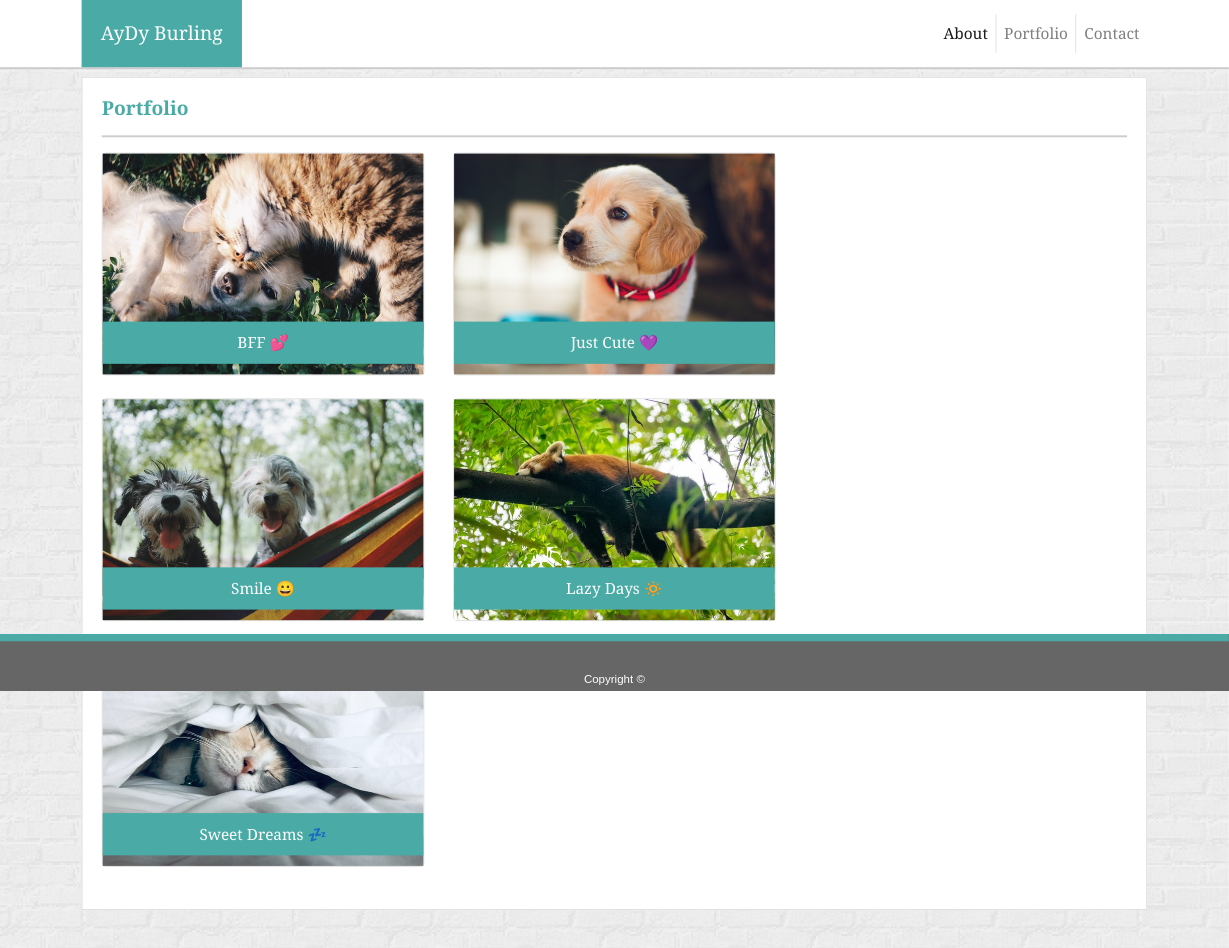
Repository: Dee1985/AyDy-Burling-prework
Page: Module-1_Assessment/portfolio.html
An editor plug-in stored every save of this project. The page is shown before and after the next save, followed by the edit.
The browser window is 1280 px wide. The pictures show the whole page, at 96% of full size.

Above is the page before, as saved 2020-05-22 22:37:45.

After the next save:
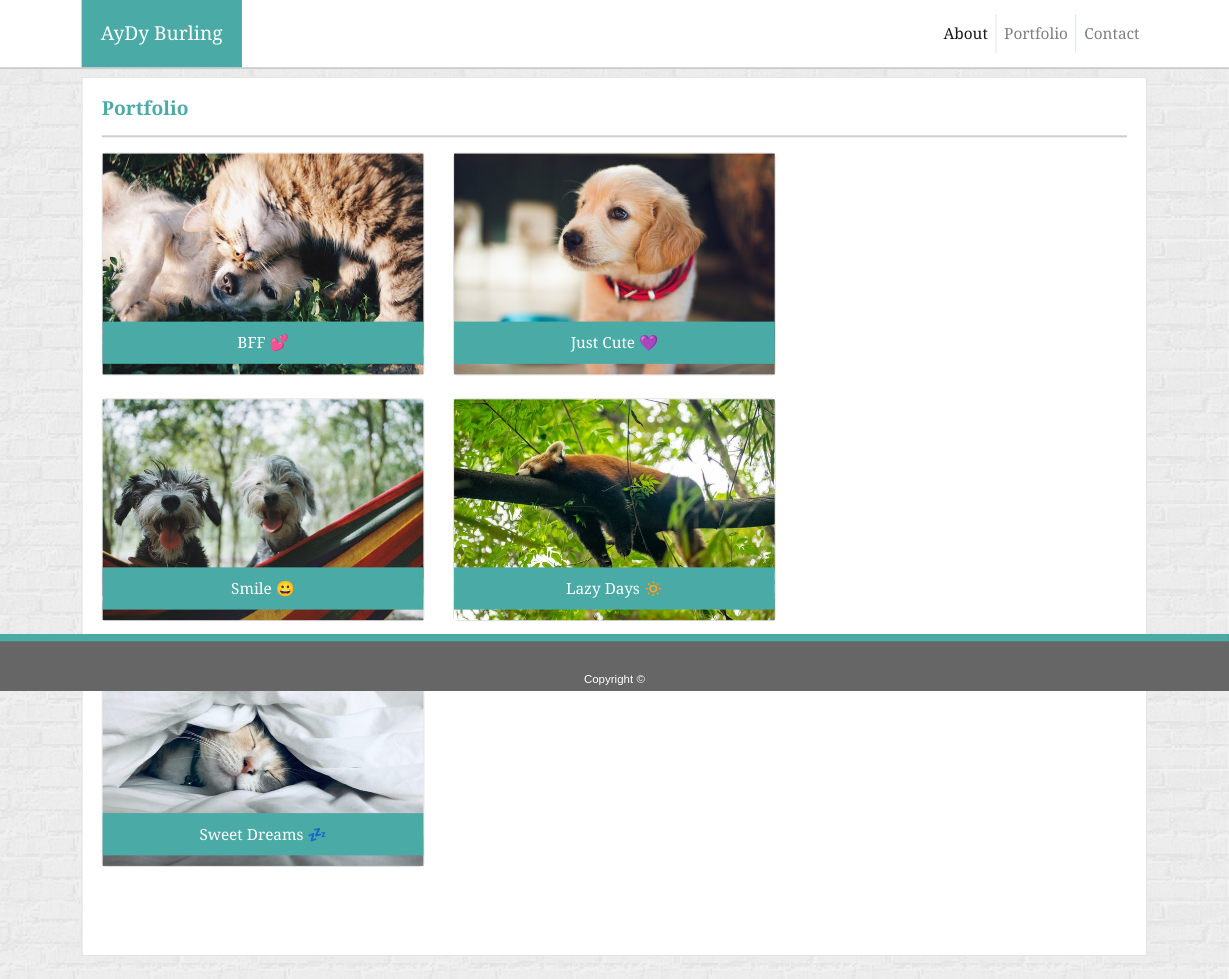
Saved 14 s later.
--- a/Module-1_Assessment/portfolio.html
+++ b/Module-1_Assessment/portfolio.html
@@ -48,8 +48,8 @@
     <section class="card-gallery">
       <div class="container">
         <div class="row">
-          <div class="col-lg-12 mb-4 mt-2 pb-3">
-            <div class="card rounded-0 mb-0">
+          <div class="col-lg-12 mb-4 mt-2">
+            <div class="card rounded-0 mb-0 pb-5">
               <div class="card-body mt-9">
               <h5 class="card-title">Portfolio</h5>
               <hr />
